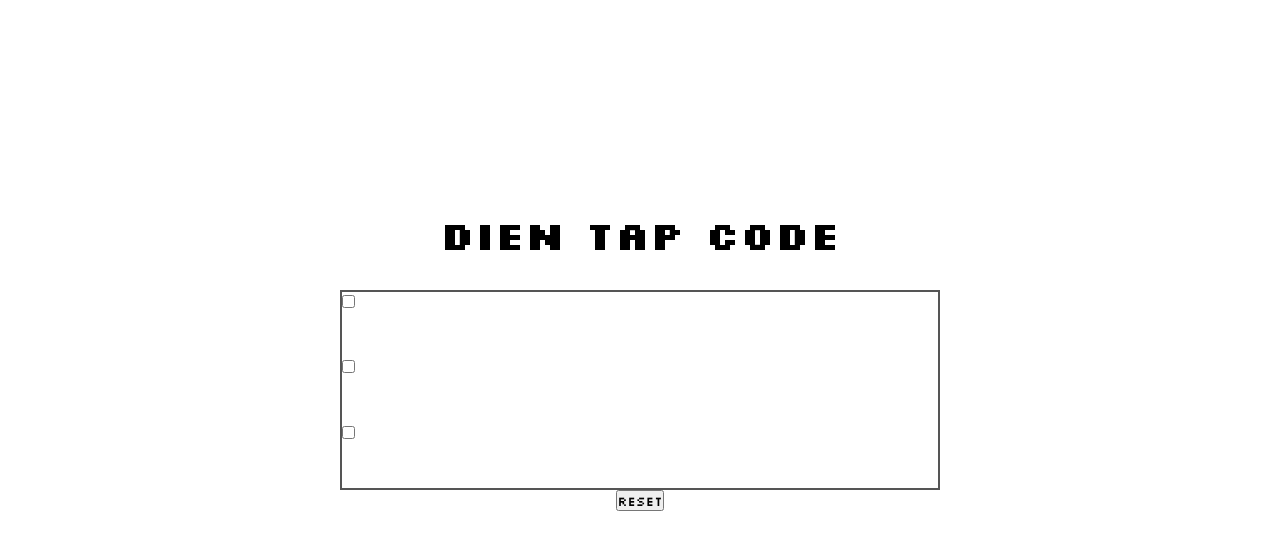
Repository: thanhdien235/matching-game
Page: matching-game/index.html
An editor plug-in stored every save of this project. The page is shown before and after the next save, followed by the edit.
The browser window is 1280 px wide. The pictures show the whole page.

Above is the page before, as saved 2022-10-09 20:55:40.

### matching-game/index.html
<!DOCTYPE html>
<html lang="en">
  <head>
    <meta charset="UTF-8" />
    <meta http-equiv="X-UA-Compatible" content="IE=edge" />
    <meta name="viewport" content="width=device-width, initial-scale=1.0" />
    <title>Matching</title>

    <link rel="stylesheet" href="main.css" />
  </head>
  <body>
    <h2>DIEN TAP CODE</h2>
    <div class="box">
      <label>
        <input type="checkbox" name="" id="chk1" />
        <i></i>
      </label>
      <label>
        <input type="checkbox" name="" id="chk2" />
        <i></i>
      </label>
      <label>
        <input type="checkbox" name="" id="chk3" />
        <i></i>
      </label>
    </div>
    <button class="reset">Reset</button>
  </body>
</html>

### matching-game/main.css
@import url("https://fonts.googleapis.com/css2?family=Silkscreen:wght@400;700&display=swap");
* {
  padding: 0;
  margin: 0;
  box-sizing: border-box;
  font-family: "Silkscreen", cursive;
}
body {
  display: flex;
  justify-content: center;
  align-items: center;
  flex-direction: column;
  min-height: 100vh;
}
h2 {
  margin-bottom: 30px;
  font-size: 2.5em;
}
.box {
  position: relative;
  width: 600px;
  height: 200px;
  /* background: #000; */
  border: 2px solid #555;
  display: flex;
  justify-content: center;
  align-items: center;
  flex-direction: column;
}
.box label {
  position: relative;
  width: 100%;
  height: 33.333%;
}

After the next save:
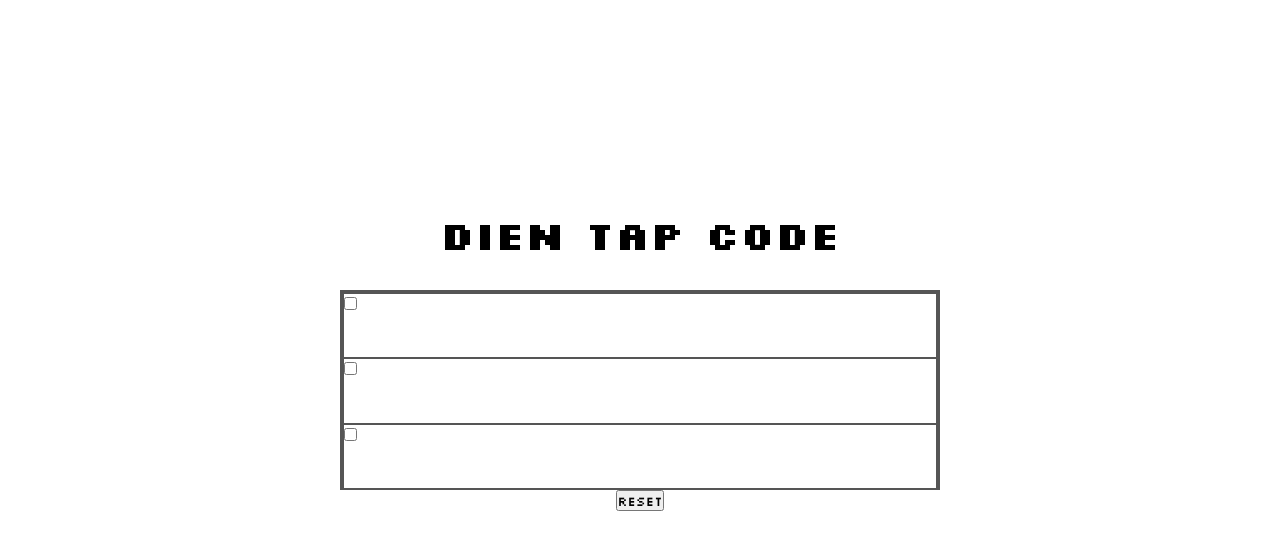
Saved 56 s later.
--- a/matching-game/main.css
+++ b/matching-game/main.css
@@ -31,4 +31,6 @@ h2 {
   position: relative;
   width: 100%;
   height: 33.333%;
+  border: 2px solid #555;
+  border-bottom: none;
 }
